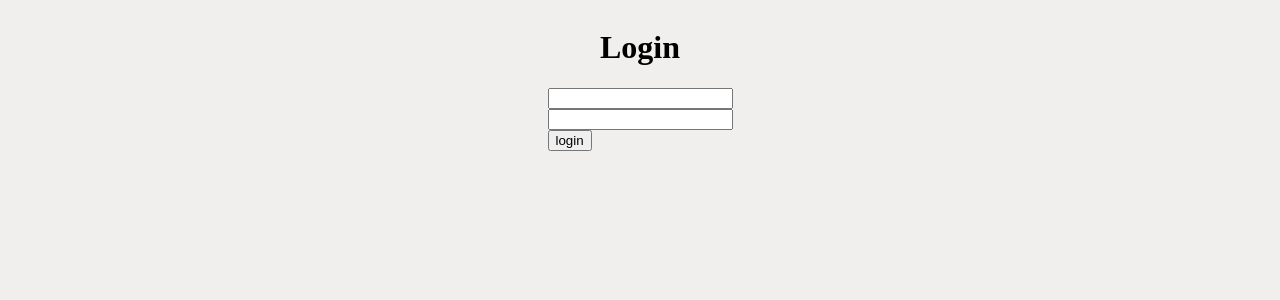
Repository: rehamtaher10/thirdReactTask
Page: /
These files come from the project's save history. The page is drawn as it stood at one moment and after the next save; the edit follows.
The browser window is 1280 px wide. The pictures show the whole page.
The project was rebuilt for these pictures with package versions that can differ from the ones it lists, and the page was loaded fresh each time. Also part of the build but not shown: vite.config.js, src/components/HomePage/Home.jsx, src/style/navBar.css, src/components/Navbar.jsx, src/components/Layout/Layout.jsx, src/components/AboutPage/About.jsx, src/style/contactUs.css, src/components/ContactUsPage/ContactUs.jsx and 2 more.

Above is the page before, as saved 2024-12-01 22:46:27.

### src/App.jsx
import React from "react";
import Home from "./components/HomePage/Home";
import { createBrowserRouter, RouterProvider } from "react-router-dom";
import Layout from "./components/Layout/Layout";
import About from "./components/AboutPage/About";
import ContactUs from "./components/ContactUsPage/ContactUs";
import Service from "./components/ServicePage/Service";
import LoginPage from "./components/loginPage/LoginPage"

export default function App() {
  const Routing = createBrowserRouter([
    { path: "", element: <LoginPage /> },
    {
      path: "home",
      element: <Layout />,
      // errorElement: <h1>404 Not Found</h1>,
      children: [
        { path: "", element: <Home /> },
        { path: "about", element: <About /> },
        { path: "service", element: <Service /> },
        {
          path: "contact",
          element: <ContactUs />,
          children: [
            { index: true, element: <h1>Contact us Form</h1> },
            { path: "location", element: <h1>Contact us Location</h1> },
            { path: "emails", element: <h1>Contact us Emails</h1> },
            { path: "phone-number", element: <h1>Phone Number</h1> },
          ],
        },
        { path: "*", element: <section>Not Found Page</section> },
      ],
    },
  ]);
  return <RouterProvider router={Routing} />;
}

### src/components/loginPage/LoginPage.jsx
import { Form, Formik } from "formik";
import React from "react";
import { useNavigate } from "react-router-dom";
import * as Yup from "yup";
import WrapperInput from "../wrapperInput/WrapperInput";
import "../../style/loginPage.css";
export default function LoginPage() {
  const navigate = useNavigate();

  const validationSchema = Yup.object({
    email: Yup.string()
      .email("Must Be Like E-mail Format")
      .required("E-mail is Requird"),
    password: Yup.string().min(7).max(15).required("Password is Requird"),
  });
  const initialValues = {
    email: "",
    password: "",
  };
  const onSubmit = (values) => {
    console.log(values);
    navigate("/home");
  };

  return (
    <div className="loginComponent">
      <h1>Login</h1>
      <Formik
        initialValues={initialValues}
        onSubmit={onSubmit}
        validationSchema={validationSchema}
      >
        <Form>
          <WrapperInput name={"email"} isDefault />
          <WrapperInput name={"password"} isPassword />
          <button type="submit">login</button>
        </Form>
      </Formik>
    </div>
  );
}

### src/components/wrapperInput/WrapperInput.jsx
import { ErrorMessage, Field } from "formik";
import React from "react";
import ErrorMessageField from "./ErrorMessageField";

export default function WrapperInput({ name, placeholder ,isDefault ,isPassword}) {
    return (
        <div className="wrapper_input">
            {isDefault && <Field name={name} placeholder={placeholder} />}
            {isPassword && (
                <Field name={name} placeholder={placeholder}>
                    {({ field }) => <input type="password" {...field} />}
                </Field>
            )}
            <ErrorMessage name={name} component={ErrorMessageField} />
        </div>
    );
}


// React Basics (Folder Structure - Components - Props - State)
// Style (External - Sass + Bem - Bootrstrap  - MUI)
// Hooks (UseState - UseEffect - UseContext - UseRef)
// Routes (React Router Dom)
// Formik + Yup
// State Management (React Query + Redux)

### src/style/loginPage.css
body{
    background-color:rgb(241, 238, 238);
}
.loginComponent{
    display: flex;
    flex-direction: column;
    justify-content: center;
    align-items: center;
}
.loginComponent h1{
    font-size: ;
}

Loaded but not shown: index.html (common file); src/main.jsx (common file)

After the next save:
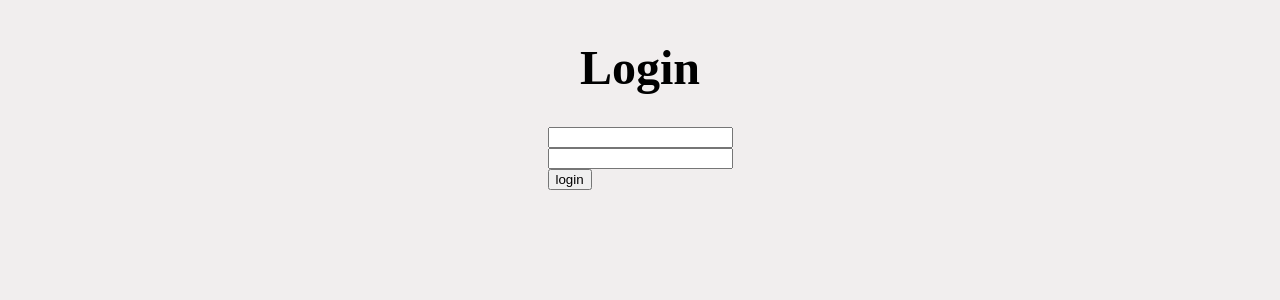
Saved 4 s later.
--- a/src/style/loginPage.css
+++ b/src/style/loginPage.css
@@ -8,5 +8,5 @@ body{
     align-items: center;
 }
 .loginComponent h1{
-    font-size: ;
+    font-size: 3rem;
 }
